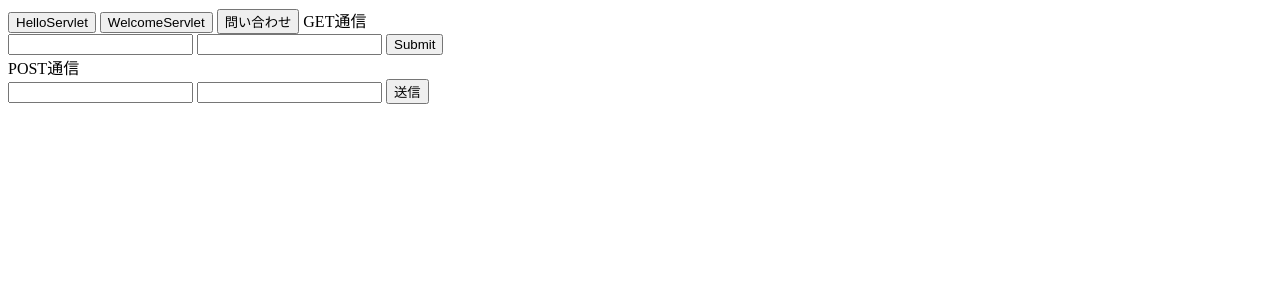
Repository: tatsuya-0/test
Page: http://localhost/HelloServlet/
An editor plug-in stored every save of this project. The page is shown before and after the next save, followed by the edit.
The browser window is 1280 px wide. The pictures show the whole page.
The page is served by Tomcat 9. Other server files are loaded and not shown.

Above is the page before, as saved 2018-03-02 01:10:57.

### HelloServlet/WebContent/index.jsp
<%@ page language="java" contentType="text/html; charset=UTF-8"
    pageEncoding="UTF-8"%>
<!DOCTYPE html PUBLIC "-//W3C//DTD HTML 4.01 Transitional//EN" "http://www.w3.org/TR/html4/loose.dtd">
<html>
<head>
<meta http-equiv="Content-Type" content="text/html; charset=UTF-8">
<title>HelloServlet</title>
</head>
<body>
<input type="button" value="HelloServlet" onClick="location.href='HelloSrvlet'">
<input type="button" value="WelcomeServlet" onClick="location.href='welcome.jsp'">
<input type="button" value="問い合わせ"onClick="location.href='inquiry.jsp'">
GET通信
<form method="get" action="TestServlet">
<input type="text" name="username">
<input type="password"name="password">
<input type="submit" name="送信">
</form>
POST通信
<form method="post" action="TestServlet">
<input type="text"name="username">
<input type="password"name="password">
<input type="submit"value="送信">
</form>
</body>
</html>

After the next save:
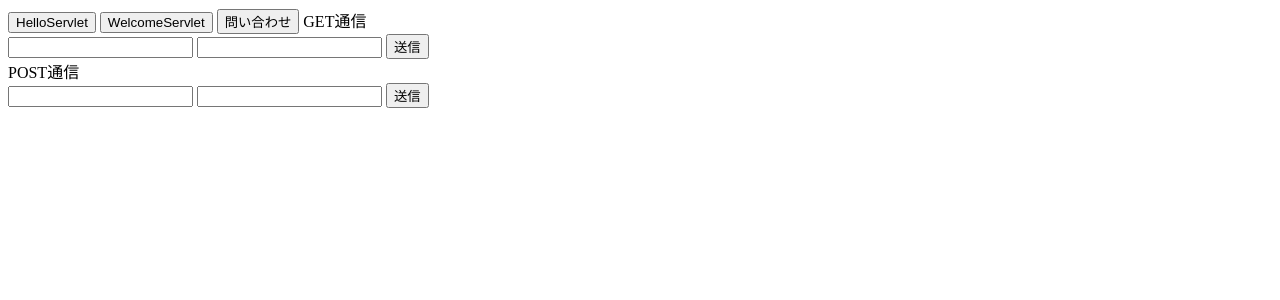
Saved 37 s later.
--- a/HelloServlet/WebContent/index.jsp
+++ b/HelloServlet/WebContent/index.jsp
@@ -14,7 +14,7 @@ GET通信
 <form method="get" action="TestServlet">
 <input type="text" name="username">
 <input type="password"name="password">
-<input type="submit" name="送信">
+<input type="submit" value="送信">
 </form>
 POST通信
 <form method="post" action="TestServlet">
